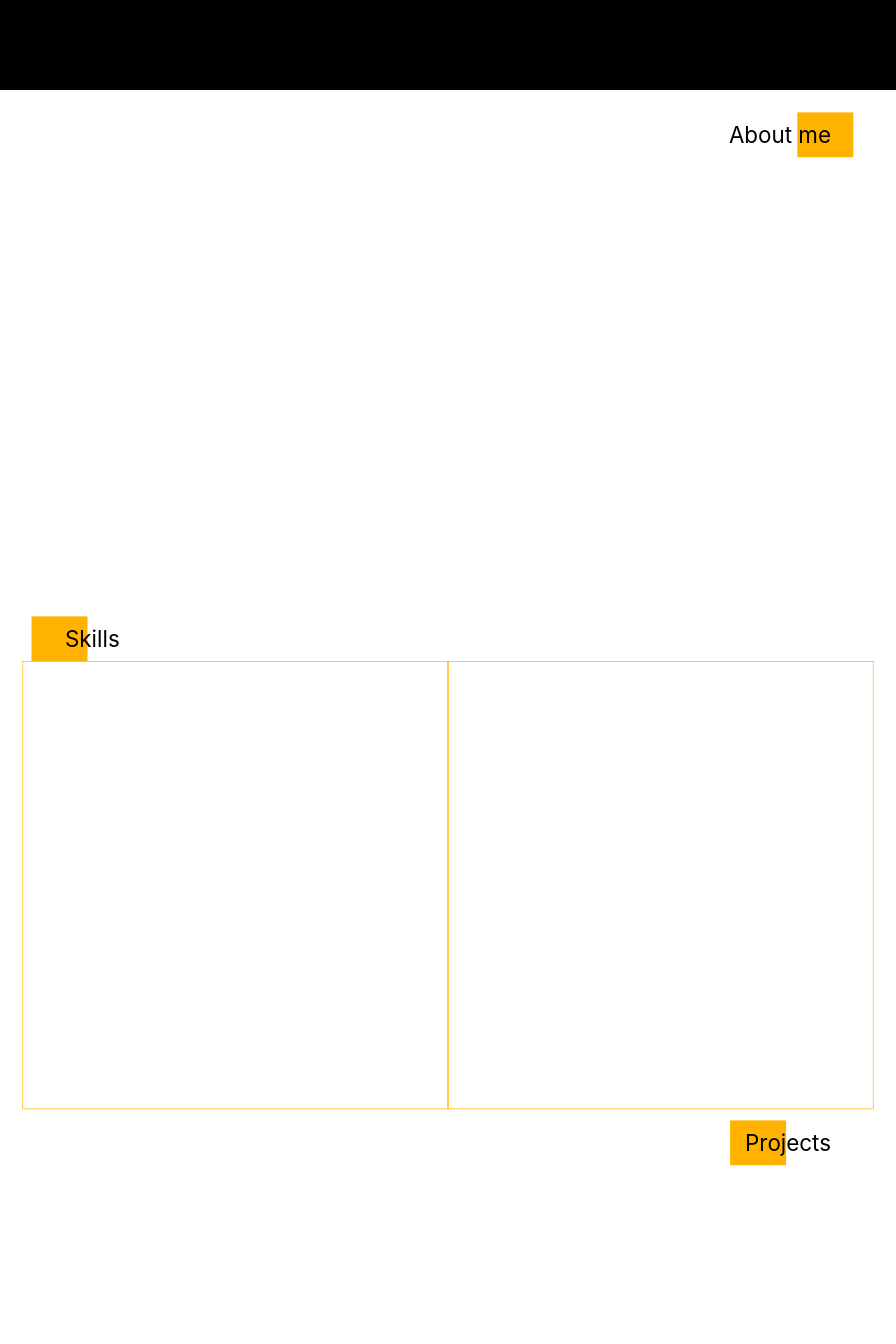
Repository: SebastianArmata22/Portfolio
Page: /
An editor plug-in stored every save of this project. The page is shown before and after the next save, followed by the edit.
The browser window is 1280 px wide. The pictures show the part of the page from y = 592 to 2512 px (the page is 3664 px tall), at 70% of full size.
The project was rebuilt for these pictures with package versions that can differ from the ones it lists, and the page was loaded fresh each time.

Above is the page before, as saved 2021-02-24 17:32:24.

After the next save:
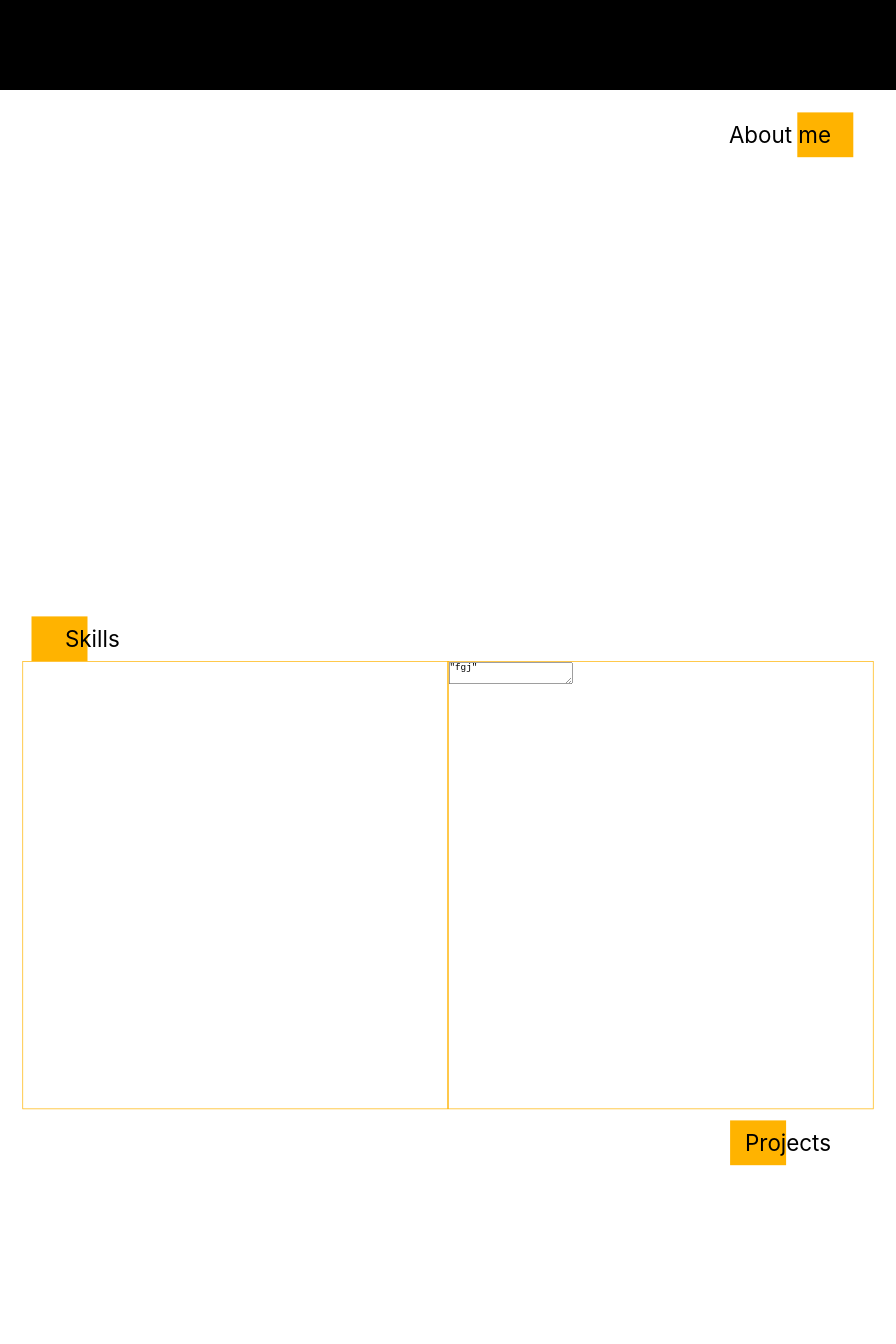
Saved 50 s later.
--- a/src/components/skills/Skills.js
+++ b/src/components/skills/Skills.js
@@ -12,11 +12,7 @@
                 <div></div>
                 <div>
                     <div>
-                        <pre>
-                            <code>
-                                <html></html>
-                            </code>
-                        </pre>
+                        <textarea>"fgj"</textarea>
                     </div>
                     <div>
                     </div>
